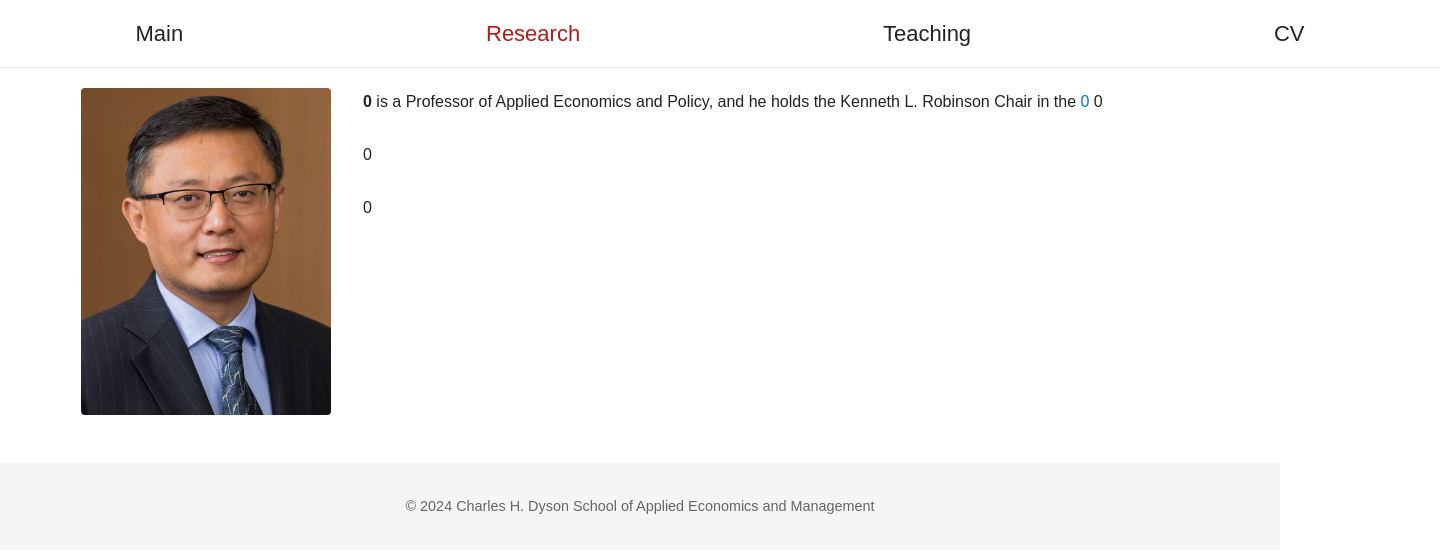
Repository: huang-heavenly-Emperor/k1_project
Page: research.html
An editor plug-in stored every save of this project. The page is shown before and after a run of saves, followed by the edit.
The browser window is 1280 px wide. The page is 1440 px wide, so the pictures cover 1440 px, including what lies to the right of the window. The pictures show the whole page.

Above is the page before, as saved 2024-11-17 15:11:39.

### research.html
<!DOCTYPE html>
<html lang="en">
<head>
    <meta charset="UTF-8">
    <meta name="viewport" content="width=device-width, initial-scale=1.0">
    <title>Research - Cornell University</title>
    <link rel="stylesheet" href="reset.css">
    <link rel="stylesheet" href="common.css">
    <link rel="stylesheet" href="research.css">
</head>
<body>
    <header class="site-header">

        <nav class="main-nav">
            <div class="nav-container">
                <ul class="nav-list">
                    <li><a href="./index.html">Main</a></li>
                    <li><a href="./research.html" class="active">Research</a></li>
                    <li><a href="./teaching.html">Teaching</a></li>
                    <li><a href="./CV_ShanjunLi_Fall2024.pdf" target="_blank">CV</a></li>
                </ul>
            </div>
        </nav>
    </header>

    <main class="main-container">
        <article class="researcher-profile">
            <div class="profile-image">
                <img src="images/facpic_li.jpg" alt="Professor Profile Image">
            </div>
            <div class="profile-content">
                <section class="research-intro">
                    <p><strong>0</strong> is a Professor of Applied Economics and Policy, and he holds the Kenneth L. Robinson Chair in the <a href="#">0</a> 0</p>
                    <!-- <p><strong>0</strong> is a Professor of Applied Economics and Policy, and he holds the Kenneth L. Robinson Chair in the <a href="#">0</a> 0</p> -->
                </section>

                <section class="current-positions">
                    <!-- <p>He serves as Director of the <a href="#">Cornell Institute for China Economic Research (CICER)</a>, an editor for the <a href="#">Journal of the Association of Environmental and Resource Economists</a>, and a co-editor for the <a href="#">International Journal of Industrial Organization</a> and the <a href="#">Journal of Public Economics</a>. He is a research associate at the <a href="#">National Bureau of Economic Research (NBER)</a> and a university fellow at <a href="#">Resources for the Future (RFF)</a>. He will join Stanford University in July 2025 with a joint appointment at the <a href="#">Doerr School of Sustainability</a> and the <a href="#">Freeman Spogli Institute for International Studies</a>.</p> -->
                    <p>0</p>
                </section>

                <section class="contact-info">
                    <p>0</p>
                    <!-- <p>Contact Information: 405 Warren Hall, Cornell University | <a href="mailto:SL2448@cornell.edu">SL2448@cornell.edu</a></p> -->
                </section>
            </div>
        </article>
    </main>

    <footer class="footer">
        <div class="footer-container">
            <p>© 2024 Charles H. Dyson School of Applied Economics and Management</p>
        </div>
    </footer>
    <script>
        function openCV() {
            window.open('./CV_ShanjunLi_Fall2024.pdf', '_blank');
            // 这里可以添加全屏阅读器的逻辑
        }
    </script>
</body>
</html>

### reset.css
*, *::before, *::after {
    margin: 0;
    padding: 0;
    box-sizing: border-box;
}

html, body {
    height: 100%;
    font-size: 16px;
    line-height: 1.5;
    -webkit-font-smoothing: antialiased;
    -moz-osx-font-smoothing: grayscale;
}

body {
    font-family: Arial, sans-serif;
    color: #333;
}

ul, ol {
    list-style: none;
}

a {
    text-decoration: none;
    color: inherit;
}

img {
    max-width: 100%;
    height: auto;
    display: block;
}

button, input, select, textarea {
    font: inherit;
    color: inherit;
}

h1, h2, h3, h4, h5, h6 {
    font-size: inherit;
    font-weight: inherit;
}

### common.css
.site-header {
  position: relative;
  width: 1440px;
  height: max-content;
  margin: 0 auto 20px;
  overflow: hidden;
}

.banner {
  height: 320px;
  overflow: hidden;
  position: relative;
}

.banner img {
  width: 100%;
  height: 100%;
  object-fit: cover;
}

nav {
  background-color: var(--background-color);
  border-bottom: 1px solid var(--border-color);
}

nav ul {
  display: flex;
  justify-content: space-around;
  align-items: center;
  gap: 2rem;
  padding: 1rem 0;
  list-style: none;
}

nav a {
  text-decoration: none;
  color: var(--text-color);
  font-weight: 500;
  font-size: 22px;
  padding: 0.5rem 0;
  transition: color 0.3s;
}

nav a:hover,
nav a.active {
  color: var(--primary-color);
}

@media (max-width: 768px) {
    .site-header {
        width: 100%;
    }

    nav ul {
        flex-direction: column;
        align-items: center;
    }

    nav a {
        font-size: 18px;
    }
}

### research.css
:root {
  --primary-color: #B31B1B;
  --text-color: #222;
  --link-color: #0076BB;
  --background-color: #fff;
  --border-color: #e5e5e5;
}

body {
  font-family: Arial, sans-serif;
  line-height: 1.6;
  color: var(--text-color);
  background-color: var(--background-color);
}

.main-container {
  max-width: 1150px;
  margin: 0 auto;
  padding: 0 1rem;
  box-sizing: border-box;

}


.researcher-profile {
  display: grid;
  grid-template-columns: 250px 1fr;
  gap: 2rem;

}

.profile-image img {
  width: 100%;
  border-radius: 4px;
}

.profile-content {
  display: flex;
  flex-direction: column;
  gap: 1.5rem;
}

.research-intro,
.current-positions,
.contact-info {
  line-height: 1.8;
}

a {
  color: var(--link-color);
  text-decoration: none;
  transition: color 0.3s;
}

a:hover {
  color: var(--primary-color);
}

.footer {
  background-color: #f5f5f5;
  padding: 2rem 0;
  margin-top: 3rem;
  text-align: center;
  font-size: 0.9rem;
  color: #666;
}

@media (max-width: 768px) {
  .researcher-profile {
    grid-template-columns: 1fr;
  }

  .profile-image {
    max-width: 100%;
    margin: 0 auto;
  }

  .nav-list {
    flex-direction: column;
    align-items: center;
  }

  nav a {
    font-size: 18px;
  }
}

@media (max-width: 480px) {
  .banner {
    height: 200px;
  }
}

After the next 2 saves:
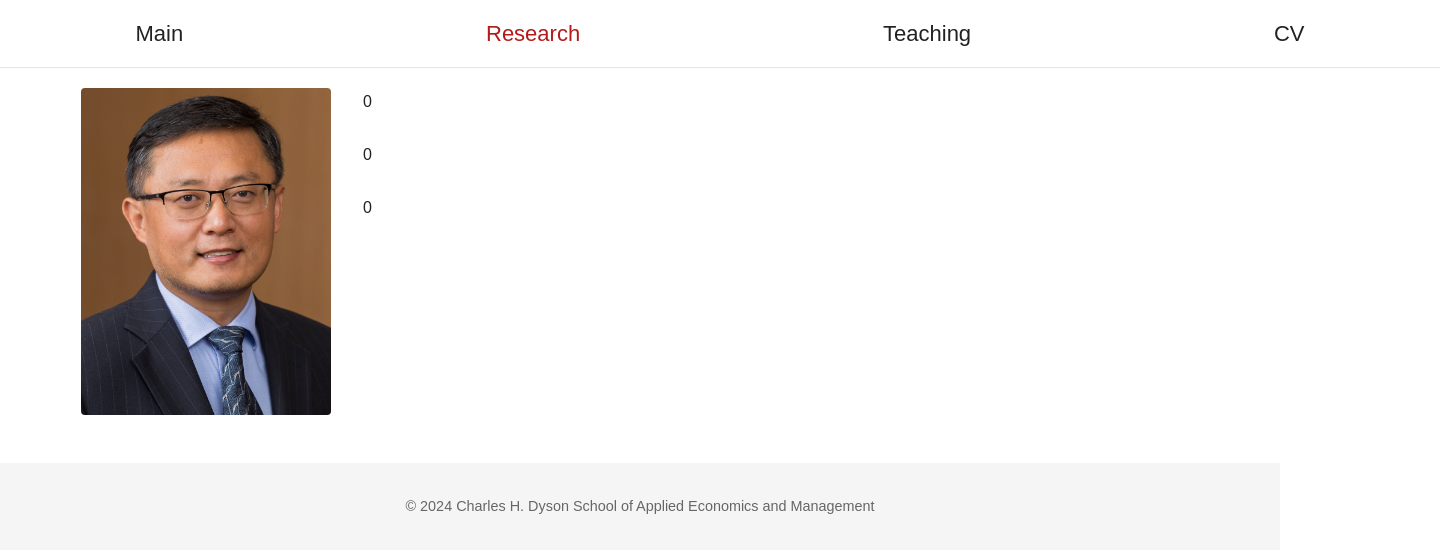
The 2 saves are shown as one change because they came seconds apart.
The last was saved 7 s later.
--- a/research.html
+++ b/research.html
@@ -30,7 +30,7 @@
             </div>
             <div class="profile-content">
                 <section class="research-intro">
-                    <p><strong>0</strong> is a Professor of Applied Economics and Policy, and he holds the Kenneth L. Robinson Chair in the <a href="#">0</a> 0</p>
+                    <p>0</p>
                     <!-- <p><strong>0</strong> is a Professor of Applied Economics and Policy, and he holds the Kenneth L. Robinson Chair in the <a href="#">0</a> 0</p> -->
                 </section>
 
